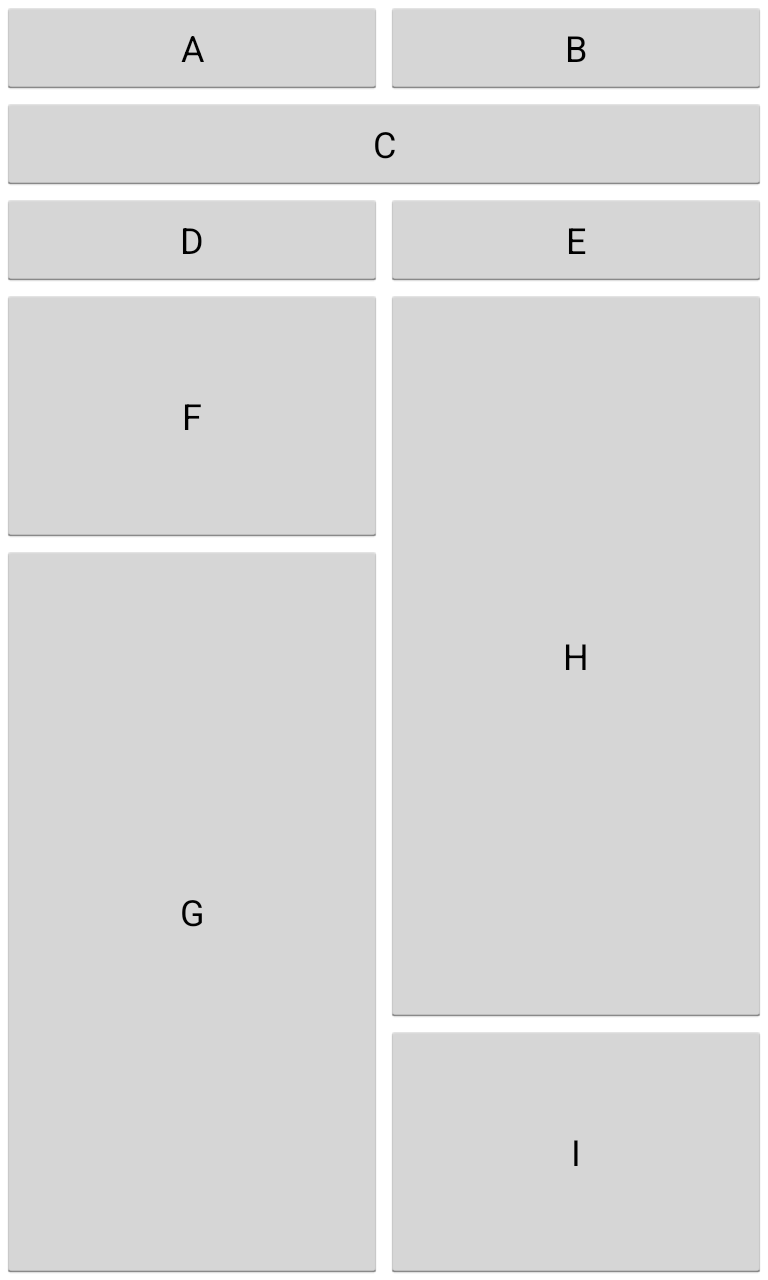
Repository: iracom/ejercicios-android
Layout: Layouts/res/layout/activity_main.xml
The author's editor kept a copy of each file at every save. The layout is drawn from the files as they stood at one save, then again after the next save.
It is drawn on a 768 x 1280 px phone screen (xhdpi) without system bars, with theme AppTheme; the app's code is not run.

Above is the layout before, as saved 2014-05-07 06:41:19.

### Layouts/res/layout/activity_main.xml
<LinearLayout xmlns:android="http://schemas.android.com/apk/res/android"
    xmlns:tools="http://schemas.android.com/tools"
    android:id="@+id/container"
    android:layout_width="match_parent"
    android:layout_height="match_parent"
    android:orientation="vertical"
    tools:context="com.iraitzcompains.layouts.MainActivity"
    tools:ignore="MergeRootFrame" >

    <LinearLayout
        android:layout_width="match_parent"
        android:layout_height="wrap_content" >

        <Button
            android:id="@+id/button1"
            android:layout_width="wrap_content"
            android:layout_height="wrap_content"
            android:layout_weight="1"
            android:text="@string/button_a" />

        <Button
            android:id="@+id/button2"
            android:layout_width="wrap_content"
            android:layout_height="wrap_content"
            android:layout_weight="1"
            android:text="@string/button_b" />
    </LinearLayout>

    <Button
        android:id="@+id/button3"
        android:layout_width="match_parent"
        android:layout_height="wrap_content"
        android:text="@string/button_c" />

    <LinearLayout
        android:layout_width="match_parent"
        android:layout_height="wrap_content" >

        <Button
            android:id="@+id/button4"
            android:layout_width="wrap_content"
            android:layout_height="wrap_content"
            android:layout_weight="1"
            android:text="@string/button_d" />

        <Button
            android:id="@+id/button5"
            android:layout_width="wrap_content"
            android:layout_height="wrap_content"
            android:layout_weight="1"
            android:text="@string/button_e" />

    </LinearLayout>

    <LinearLayout
        android:layout_width="match_parent"
        android:layout_height="match_parent"
        android:baselineAligned="true">

        <LinearLayout
            android:layout_width="match_parent"
            android:layout_height="match_parent"
            android:layout_weight="1"
            android:orientation="vertical" >

            <Button
                android:id="@+id/button6"
                android:layout_width="match_parent"
                android:layout_height="wrap_content"
                android:layout_weight="1"
                android:text="@string/button_f" />

            <Button
                android:id="@+id/button7"
                android:layout_width="match_parent"
                android:layout_height="wrap_content"
                android:layout_weight="4"
                android:text="@string/button_g" />

        </LinearLayout>

        <LinearLayout
            android:layout_width="match_parent"
            android:layout_height="match_parent"
            android:layout_weight="1"
            android:orientation="vertical" >

            <Button
                android:id="@+id/button8"
                android:layout_width="match_parent"
                android:layout_height="wrap_content"
                android:layout_weight="4"
                android:text="@string/button_h" />

            <Button
                android:id="@+id/button9"
                android:layout_width="match_parent"
                android:layout_height="wrap_content"
                android:layout_weight="1"
                android:text="@string/button_i" />

        </LinearLayout>

    </LinearLayout>

</LinearLayout>

### Layouts/res/values/strings.xml
<?xml version="1.0" encoding="utf-8"?>
<resources>

    <string name="app_name">Layouts</string>
    <string name="hello_world">Hello world!</string>
    <string name="action_settings">Settings</string>
    <string name="button_a">A</string>
    <string name="button_b">B</string>
    <string name="button_c">C</string>
    <string name="button_d">D</string>
    <string name="button_e">E</string>
    <string name="button_f">F</string>
    <string name="button_g">G</string>
    <string name="button_h">H</string>
    <string name="button_i">I</string>

</resources>

Loaded but not shown: Layouts/res/values/styles.xml (common file); Layouts/res/values-v11/styles.xml (common file); Layouts/res/values-v14/styles.xml (common file)

After the next save:
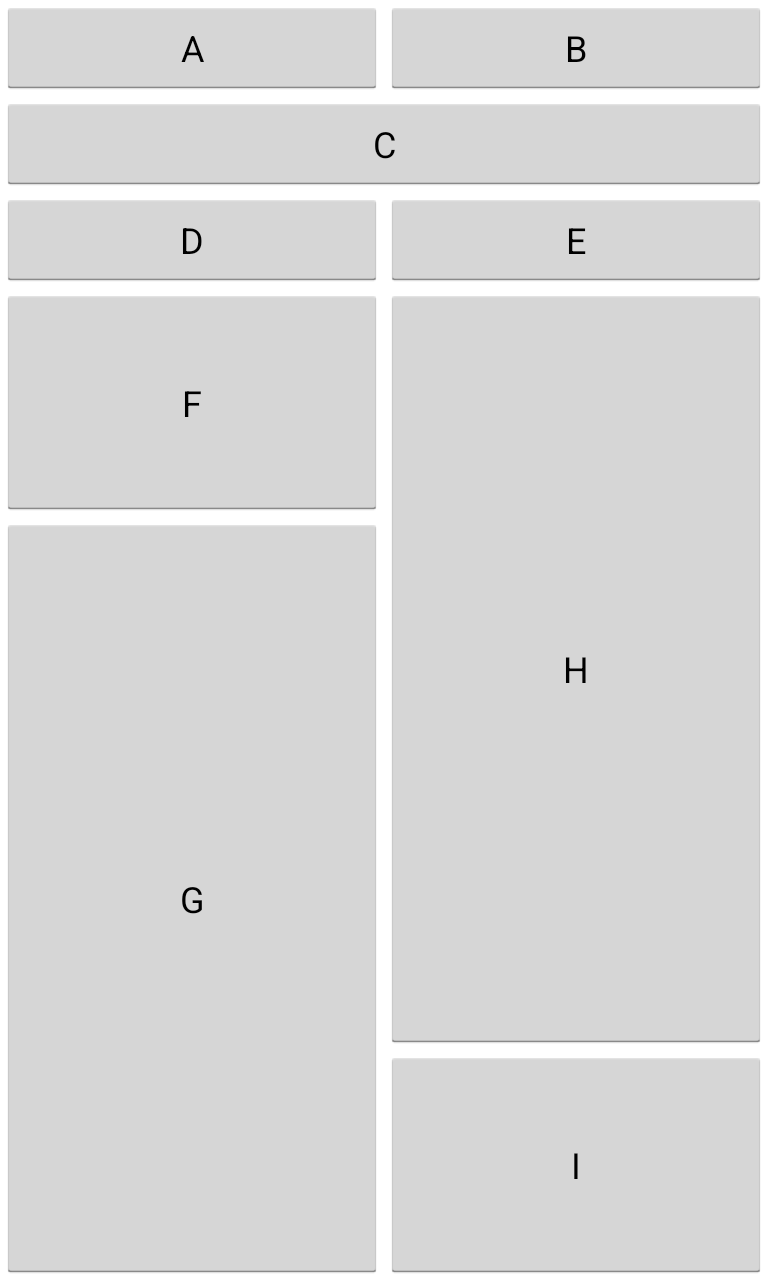
Saved 21 s later.
--- a/Layouts/res/layout/activity_main.xml
+++ b/Layouts/res/layout/activity_main.xml
@@ -74,7 +74,7 @@
                 android:id="@+id/button7"
                 android:layout_width="match_parent"
                 android:layout_height="wrap_content"
-                android:layout_weight="4"
+                android:layout_weight="5"
                 android:text="@string/button_g" />
 
         </LinearLayout>
@@ -89,7 +89,7 @@
                 android:id="@+id/button8"
                 android:layout_width="match_parent"
                 android:layout_height="wrap_content"
-                android:layout_weight="4"
+                android:layout_weight="5"
                 android:text="@string/button_h" />
 
             <Button
